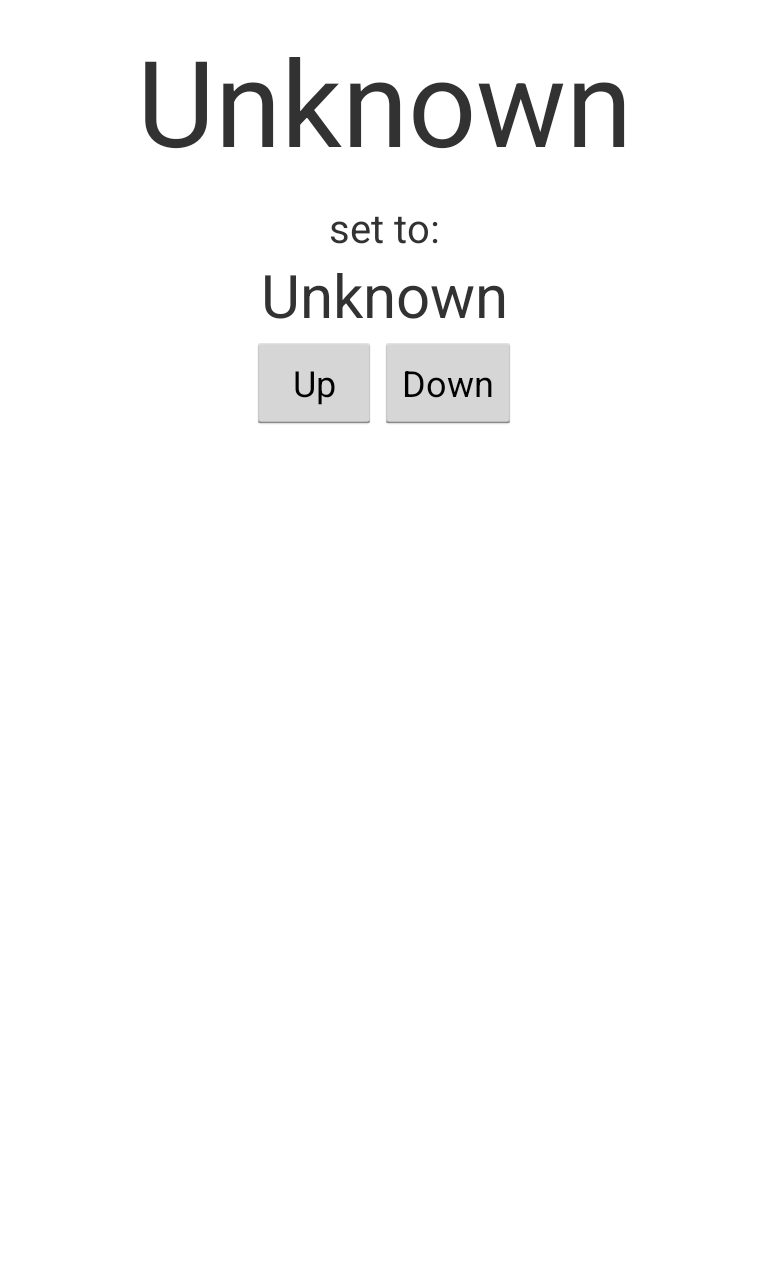
Repository: finerrecliner/SmartVent
Layout: SmartVent/res/layout/activity_room.xml
An editor plug-in stored every save of this project. The layout is shown before and after the next save, followed by the edit.
It is drawn on a 768 x 1280 px phone screen (xhdpi) without system bars, with theme AppTheme; the app's code is not run.

Above is the layout before, as saved 2013-11-03 17:47:19.

### SmartVent/res/layout/activity_room.xml
<LinearLayout xmlns:android="http://schemas.android.com/apk/res/android"
    xmlns:tools="http://schemas.android.com/tools"
    android:layout_width="match_parent"
    android:layout_height="match_parent"
    android:gravity="fill_vertical"
    android:orientation="vertical"
    tools:context=".RoomActivity" >

    <TextView
        android:id="@+id/current_temp_val"
        android:layout_width="fill_parent"
        android:layout_height="wrap_content"
        android:gravity="center"
        android:paddingBottom="10dp"
        android:paddingTop="10dp"
        android:text="@string/unknown"
        android:textSize="60sp" />

	<TextView
        android:id="@+id/set_temp_label"
        android:layout_width="fill_parent"
        android:layout_height="wrap_content"
        android:text="@string/set_temperature"
        android:gravity="center"
        android:textSize="20sp" />

    <TextView
        android:id="@+id/set_temp_val"
        android:layout_width="fill_parent"
        android:layout_height="wrap_content"
        android:gravity="center"
        android:text="@string/unknown"
        android:textSize="30sp" />

	<LinearLayout
        android:id="@+id/set_temp_buttons"
        android:layout_width="match_parent"
        android:layout_height="wrap_content"
        android:gravity="center" >

        <Button
            android:id="@+id/set_temp_up"
            android:layout_width="wrap_content"
            android:layout_height="wrap_content"
            android:text="@string/up" />

        <Button
            android:id="@+id/set_temp_down"
            android:layout_width="wrap_content"
            android:layout_height="wrap_content"
            android:text="@string/down" />
    </LinearLayout>

</LinearLayout>

### SmartVent/res/values/strings.xml
<?xml version="1.0" encoding="utf-8"?>
<resources>

    <string name="app_name">SmartVent</string>
    <string name="menu_settings">Settings</string>
    <string name="current_temp">Current Temp:</string>
    <string name="room_label">Room:</string>
    <string name="set_temperature">set to:</string>
    <string name="unknown">Unknown</string>
    <string name="up">Up</string>
    <string name="down">Down</string>
    <string name="room">room</string>
    <string name="home_blueprint">home blueprint</string>

</resources>

Loaded but not shown: SmartVent/res/values/styles.xml (common file); SmartVent/res/values-v11/styles.xml (common file); SmartVent/res/values-v14/styles.xml (common file)

After the next save:
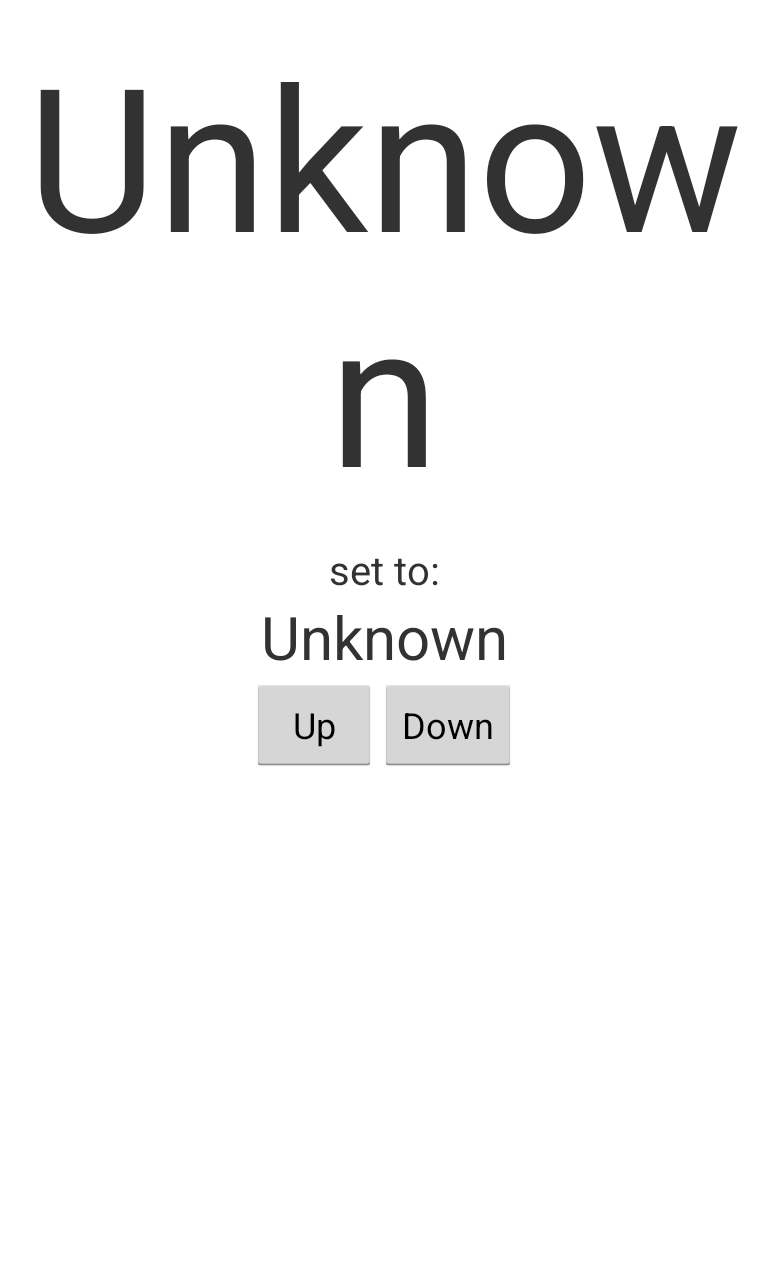
Saved 6 s later.
--- a/SmartVent/res/layout/activity_room.xml
+++ b/SmartVent/res/layout/activity_room.xml
@@ -14,7 +14,7 @@
         android:paddingBottom="10dp"
         android:paddingTop="10dp"
         android:text="@string/unknown"
-        android:textSize="60sp" />
+        android:textSize="100sp" />
 
 	<TextView
         android:id="@+id/set_temp_label"
